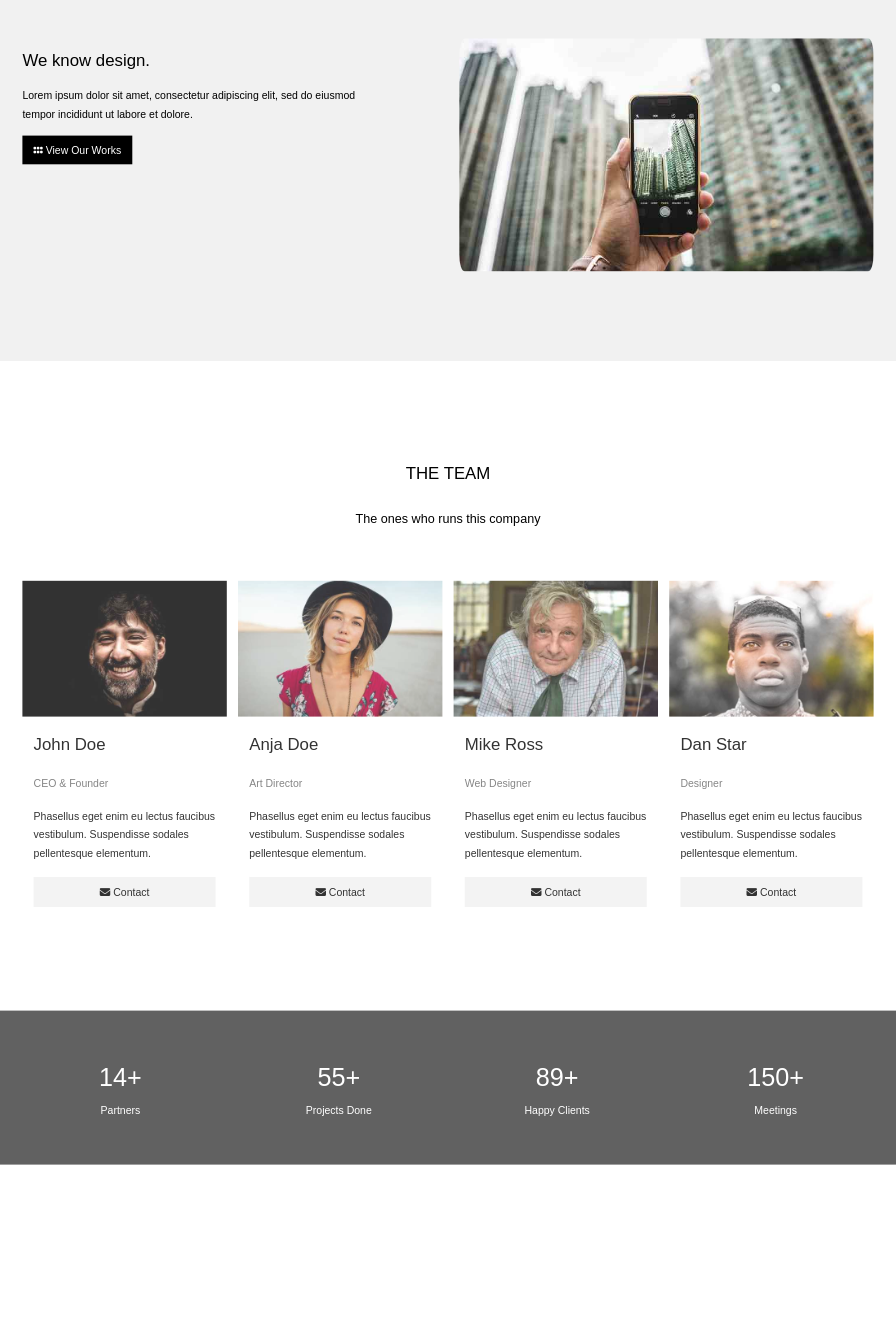
Repository: husterDC/Test
Page: index.html
These files come from the project's save history. The page is drawn as it stood at one moment and after the next save; the edit follows.
The browser window is 1280 px wide. The pictures show the part of the page from y = 1734 to 3654 px (the page is 3654 px tall), at 70% of full size.

Above is the page before, as saved 2022-10-13 15:26:04.

### index.html
<!DOCTYPE html>
<html lang="en">
<head>
    <meta charset="UTF-8">
    <meta http-equiv="X-UA-Compatible" content="IE=edge">
    <meta name="viewport" content="width=device-width, initial-scale=1.0">
    <title>Document</title>
    <link rel="stylesheet" href="./assets/base.css">
    <link rel="stylesheet" href="./assets/style.css">
    <link rel="stylesheet" href="./assets/css/responsive.css">
    <link rel="stylesheet" href="./fonts/themify-icons/themify-icons.css">
    <link rel="stylesheet" href="./assets/fontawesome-free-6.1.1-web/css/all.min.css">
</head>
</head>
<body>
    <div class="header">
        <div class="header_logo">
            <a href="" class="header_logo-link">Logo</a>
        </div>
        <div class="header_nav">
            <ul class="header_nav-menu">
                <li class="header_nav-item">

                    <a href="#container_about" class="header_nav-link">ABOUT</a>
                </li>
                <li class="header_nav-item">
                    <a href="#container_team" class="header_nav-link">
                        <i class="header_nav-icon header-nav_icon fa-solid fa-user-plus"></i>
                        TEAM
                    </a>
                </li>
                <li class="header_nav-item">
                    <a href="" class="header_nav-link">
                        <i class="header_nav-icon fa-solid fa-grip"></i>
                        WORK
                    </a>
                </li>
                <li class="header_nav-item">
                    <a href="" class="header_nav-link">
                        <i class="header_nav-icon fa-solid fa-dollar-sign"></i>
                        PRICING
                    </a>
                </li>
                <li class="header_nav-item">
                    <a href="" class="header_nav-link">
                        <i class="header_nav-icon fa-solid fa-envelope"></i>
                        CONTACT
                    </a>
                </li>
            </ul>
        </div>
    </div>
    <div class="slider">
        <div class="slider_content">
            <div class="slider_title">Start something that matters</div>
            <div class="slider_dec">Stop wasting valuable time with projects that just isn't you.</div>
            <a href="" class="slider_link">
                <button class="slider_btn">Learn more and start today</button>
            </a>
        </div>
        <div class="slider_social">
            <a href="" class="slider_social-link"><i class="slider_social-icon fa-brands fa-facebook"></i></a>
            <a href="" class="slider_social-link"><i class="slider_social-icon fa-brands fa-instagram"></i></a>
            <a href="" class="slider_social-link"><i class="slider_social-icon fa-brands fa-snapchat"></i></a>
            <a href="" class="slider_social-link"><i class="slider_social-icon fa-brands fa-pinterest-p"></i></a>
            <a href="" class="slider_social-link"><i class="slider_social-icon fa-brands fa-twitter"></i></a>
            <a href="" class="slider_social-link"><i class="slider_social-icon fa-brands fa-linkedin-in"></i></a>
        </div>
    </div>
    <div class="container">
        <div class="container_base" id="container_about">
            <div class="container_about-title">ABOUT THE COMPANY</div>
            <div class="container_about-dec">Key features of our company</div>
            <div class="container_about-member">
                <div class="container_about-item">
                    <i class="container_about-item-icon fa-solid fa-desktop"></i>
                    <div class="container_about-item-name">Responsive</div>
                    <div class="container_about-item-dec">Lorem ipsum dolor sit amet, consectetur adipiscing elit, sed do eiusmod tempor incididunt ut labore et dolore.</div>
                </div>
                <div class="container_about-item">
                    <i class="container_about-item-icon fa-solid fa-heart"></i>
                    <div class="container_about-item-name">Passion</div>
                    <div class="container_about-item-dec">Lorem ipsum dolor sit amet, consectetur adipiscing elit, sed do eiusmod tempor incididunt ut labore et dolore.</div>
                </div>
                <div class="container_about-item">
                    <i class="container_about-item-icon fa-regular fa-gem"></i>
                    <div class="container_about-item-name">Design</div>
                    <div class="container_about-item-dec">Lorem ipsum dolor sit amet, consectetur adipiscing elit, sed do eiusmod tempor incididunt ut labore et dolore.</div>
                </div>
                <div class="container_about-item">
                    <i class="container_about-item-icon fa-solid fa-gear"></i>
                    <div class="container_about-item-name">Support</div>
                    <div class="container_about-item-dec">Lorem ipsum dolor sit amet, consectetur adipiscing elit, sed do eiusmod tempor incididunt ut labore et dolore.</div>
                </div>
            </div>
        </div>
        <div class="container_base container_about-sub">
            <div class="container_about-sub-wrap">
                <div class="container_about-sub-title">We know design.</div>
                <div class="container_about-sub-dec">Lorem ipsum dolor sit amet, consectetur adipiscing elit, sed do eiusmod <br> tempor incididunt ut labore et dolore.</div>
                <a href="" class="container_about-sub-btn">
                    <i class="container_about-sub-icon fa-solid fa-grip"></i>
                    View Our Works
                </a>
            </div>
            <img src="./assets/img/phone_buildings.jpg" alt="" class="container_about-img">
        </div>
        <div class="container_base" id="container_team">
            <div class="container_team-title">THE TEAM</div>
            <div class="container_team-dec">The ones who runs this company</div>
            <div class="container_team-member">
                <div class="container_team-item">
                    <img src="./assets/img/team2.jpg" alt="" class="container_team-item-img">
                    <div class="container_team-item-wrap">
                        <div class="container_team-item-name">John Doe</div>
                        <div class="container_team-item-position">CEO & Founder</div>
                        <div class="container_team-item-dec">Phasellus eget enim eu lectus faucibus vestibulum. Suspendisse sodales pellentesque elementum.</div>
                        <a href="" class="container_team-btn">
                            <i class="header_nav-icon fa-solid fa-envelope"></i>
                            Contact
                        </a>
                    </div>
                </div>
                <div class="container_team-item">
                    <img src="./assets/img/team1.jpg" alt="" class="container_team-item-img">
                    <div class="container_team-item-wrap">
                        <div class="container_team-item-name">Anja Doe</div>
                        <div class="container_team-item-position">Art Director</div>
                        <div class="container_team-item-dec">Phasellus eget enim eu lectus faucibus vestibulum. Suspendisse sodales pellentesque elementum.</div>
                        <a href="" class="container_team-btn">
                            <i class="header_nav-icon fa-solid fa-envelope"></i>
                            Contact
                        </a>
                    </div>
                </div>
                <div class="container_team-item">
                    <img src="./assets/img/team3.jpg" alt="" class="container_team-item-img">
                    <div class="container_team-item-wrap">
                        <div class="container_team-item-name">Mike Ross</div>
                        <div class="container_team-item-position">Web Designer</div>
                        <div class="container_team-item-dec">Phasellus eget enim eu lectus faucibus vestibulum. Suspendisse sodales pellentesque elementum.</div>
                        <a href="" class="container_team-btn">
                            <i class="header_nav-icon fa-solid fa-envelope"></i>
                            Contact
                        </a>
                    </div>
                </div>
                <div class="container_team-item">
                    <img src="./assets/img/team4.jpg" alt="" class="container_team-item-img">
                    <div class="container_team-item-wrap">
                        <div class="container_team-item-name">Dan Star</div>
                        <div class="container_team-item-position">Designer</div>
                        <div class="container_team-item-dec">Phasellus eget enim eu lectus faucibus vestibulum. Suspendisse sodales pellentesque elementum.</div>
                        <a href="" class="container_team-btn">
                            <i class="header_nav-icon fa-solid fa-envelope"></i>
                            Contact
                        </a>
                    </div>
                </div>
            </div>
        </div>
        <div class="container_team-sub">
            <div class="container_team-sub-item">
                <div class="container_team-sub-num">14+</div>
                <div class="container_team-sub-text">Partners</div>
            </div>
            <div class="container_team-sub-item">
                <div class="container_team-sub-num">55+</div>
                <div class="container_team-sub-text">Projects Done</div>
            </div>
            <div class="container_team-sub-item">
                <div class="container_team-sub-num">89+</div>
                <div class="container_team-sub-text">Happy Clients</div>
            </div>
            <div class="container_team-sub-item">
                <div class="container_team-sub-num">150+</div>
                <div class="container_team-sub-text">Meetings</div>
            </div>
        </div>
        <div class="container_base" id="container_work"></div>
    </div>
</body>
</html>

### assets/base.css
html {
    font-size: 16px;
    line-height: 1.8;
    font-family: 'Roboto', sans-serif;
    box-sizing: border-box;
}
.container_base {
    padding: 128px 16px;
}

### assets/style.css
* {
    padding: 0;
    margin: 0;
    box-sizing: border-box;
}
html {

    scroll-behavior: smooth;
    font-family: Arial, Helvetica, sans-serif;
}
.white-text {
    color: #fff;
}
.clear {
    clear: both;
}
.header {
    height: 60px;
    width: 100%;
    font-size: 15px;
    background-color: #fff;
    display: flex;
    align-items: center;
    position: fixed;
    box-shadow: 0 2px 6px rgb(180, 180, 180);
    z-index: 2;
}
.header_logo {
    flex: 1;
    font-size: 18px;
    letter-spacing: 4px;
    opacity: 0.6;
}
.header_logo-link {
    position: absolute;
    left: 0;
    top: 50%;
    transform: translateY(-50%);
    padding: 0 16px;
    text-align: center;
    line-height: 60px;

}
.header_nav-menu {
    position: absolute;
    right: 0;
    top: 50%;
    transform: translateY(-50%);
    text-align: center;
}
.header_nav-item {
    line-height: 60px;
    display: inline-block;
    margin: 0;
    padding: 0 16px;
}
.header_logo-link,
.header_nav-link {
    text-decoration: none;
    color: #000;
}
.header_logo-link:hover,
.header_nav-item:hover {
    background-color: #ccc;
    cursor: pointer;
}
.slider {
    position: relative;
    height: 969px;
    background: url('./img/mac.jpg') top center / cover no-repeat;
    color: #fff;
    font-size: 18px;
    padding: 0 48px;
}
.slider_content {
    position: absolute;
    top: 50%;
    transform: translateY(-50%);
}
.slider_title {
    font-size: 64px;
    margin-bottom: 50px;
}
.slider_dec {
    margin: 15px 0;
}
.slider_btn {
    background-color: rgba(256,256,256, 0.6);
    font-size: 18px;
    border: none;
    padding: 20px 24px;
    margin-top: 20px;
}
.slider_btn:hover {
    background-color: #ccc;
}
.slider_social {
    position: absolute;
    bottom: 3%;
}
.slider_social-link {
    color: #757575;
}
.slider_social-link:hover {
    opacity: 0.6;
}
#container_about {
    font-size: 18px;
    text-align: center;
}
.container_about-title,
.container_team-title {
    font-size: 24px;
    margin: 10px 0;
}
.container_about-dec,
.container_team-dec {
    margin: 28px 0 18px;
}
.container_about-member {
    display: flex;
    margin-top: 72px;
    padding: 0 8px;
}
.container_about-item-icon {
    font-size: 64px;
    margin-bottom: 16px;
}
.container_about-item-name {
    margin: 18px 0;
}
.container_about-item-dec {
    font-size: 15px;
    margin: 24px 8px 15px;
    line-height: 1.8;
}
.container_about-sub {
    background-color: #f1f1f1;
    display: flex;
    font-size: 15px;
}
.container_about-sub-wrap {
    flex: 1;
    padding: 0 16px;
}
.container_about-img {
    width: 50%;
    height: auto;
    border-radius: 24px;
    padding: 0 16px;
}
.container_about-sub-title {
    font-size: 24px;
    margin: 10px 0;
}
.container_about-sub-dec {
    margin: 15px 0 24px;
}
.container_about-sub-btn {
    background-color: #000;
    color: #fff;
    text-decoration: none;
    padding: 12px 16px;
}
.container_about-sub-btn:hover {
    color: #000;
    background-color: #ccc;
}
#container_team {
    font-size: 15px;
    text-align: center;
}
.container_team-dec {
    font-size: 18px;
}
.container_team-member {
    display: flex;
    margin-top: 72px;
    padding: 0 8px;
    opacity: 0.8;
}
.container_team-item {
    width: 25%;
    padding: 0 8px;
    text-align: left;
}
.container_team-item-img {
    width: 100%;
}
.container_team-item-wrap {
    margin: 0 16px;
}
.container_team-item-name {
    font-size: 24px;
    margin: 10px 0;
}
.container_team-item-position {
    margin: 20px 0;
    opacity: 0.6;
}
.container_team-item-dec {
    margin: 16px 0;
}
.container_team-btn {
    display: block;
    width: 100%;
    padding: 8px 0;
    text-align: center;
    color: #000;
    text-decoration: none;
    background-color: #f1f1f1;
    margin: 20px 0;
}
.container_team-btn:hover {
    color: #000;
    background-color: #ccc;
}
.container_team-sub {
    padding: 64px 16px;
    background-color: #616161;
    color: white;
    display: flex;
    justify-content: center;
    text-align: center;
    font-size: 15px;
}
.container_team-sub-item {
    width: 25%;
}
.container_team-sub-num {
    font-size: 36px;
}

Loaded but not shown: fonts/themify-icons/themify-icons.css (common file); assets/fontawesome-free-6.1.1-web/css/all.min.css (library); assets/responsive.css (no copy from this time; the picture is the same without it)

After the next save:
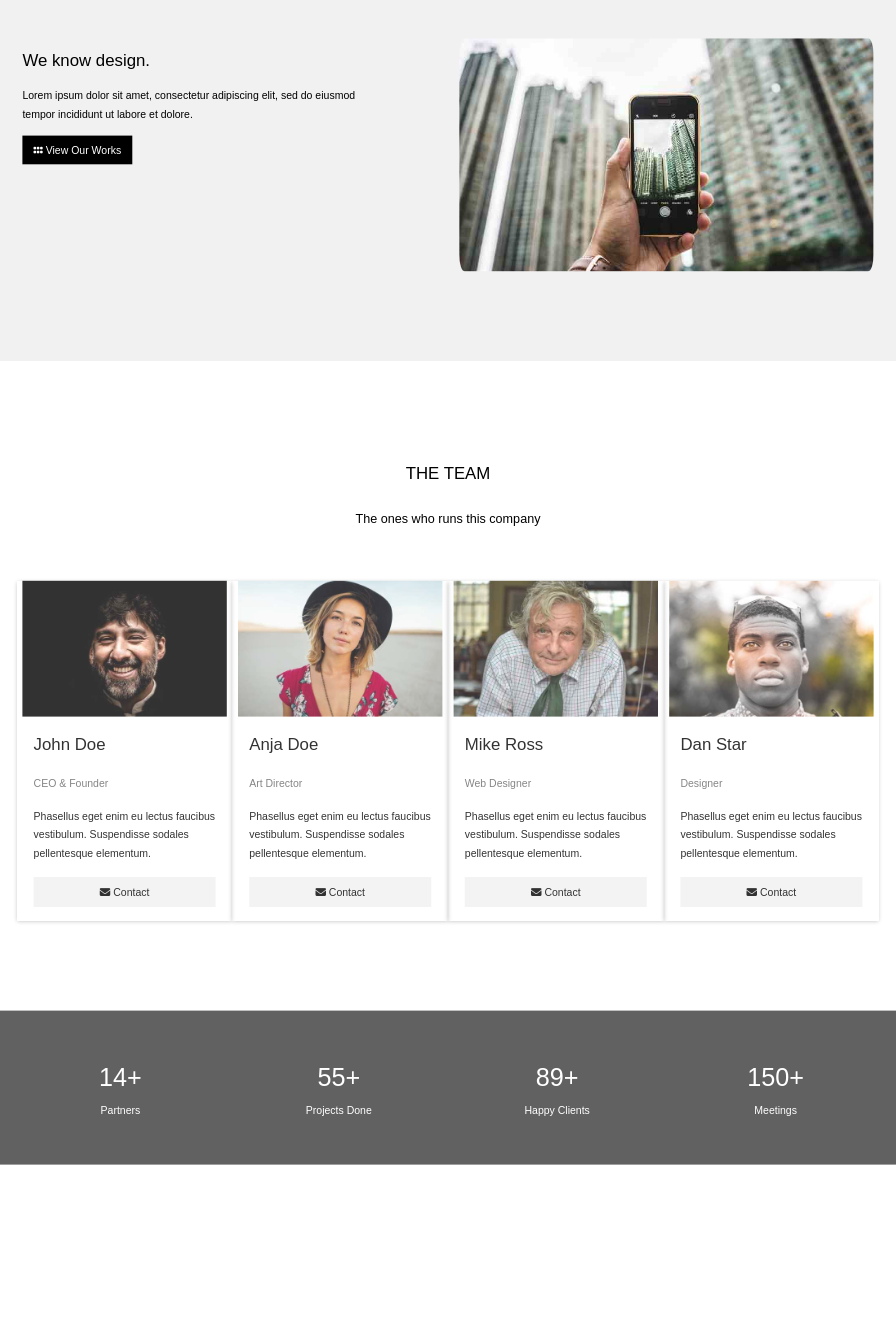
Saved 7 min 8 s later.
--- a/assets/style.css
+++ b/assets/style.css
@@ -183,6 +183,7 @@
     width: 25%;
     padding: 0 8px;
     text-align: left;
+    box-shadow: 0 2px 6px rgb(180, 180, 180);
 }
 .container_team-item-img {
     width: 100%;
